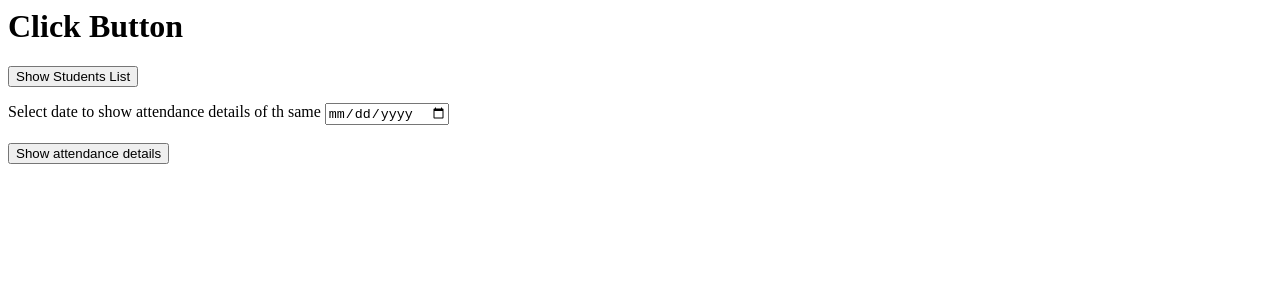
Repository: arunkumar2310/AttendanceProject
Page: ksrattendance/WebContent/first.html
These files come from the project's save history. The page is drawn as it stood at one moment and after the next save; the edit follows.
The browser window is 1280 px wide. The pictures show the whole page.

Above is the page before, as saved 2018-07-12 00:13:53.

After the next save:
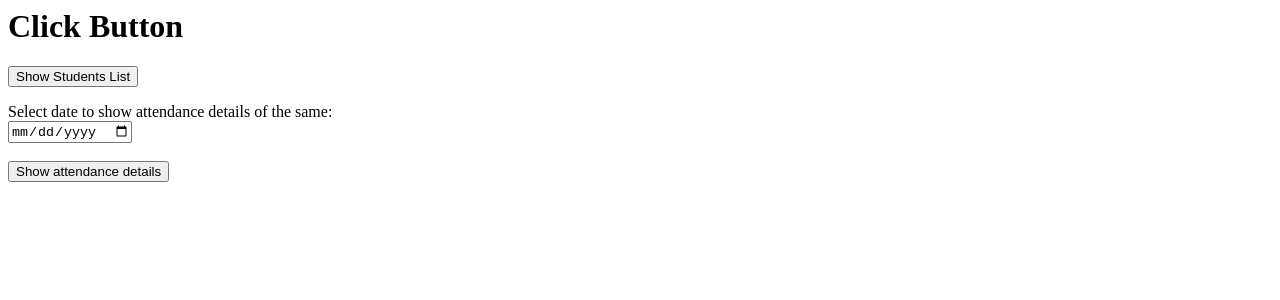
Saved 28 s later.
--- a/ksrattendance/WebContent/first.html
+++ b/ksrattendance/WebContent/first.html
@@ -5,7 +5,7 @@
 <input type="submit" value="Show Students List">
 </form>
 <form method="post" action="details">
-<label>Select date to show attendance details of th same</label>
+<label>Select date to show attendance details of the same:</label><br>
 <input type="date"><br><br>
 <input type="submit" value="Show attendance details">
 </form>
